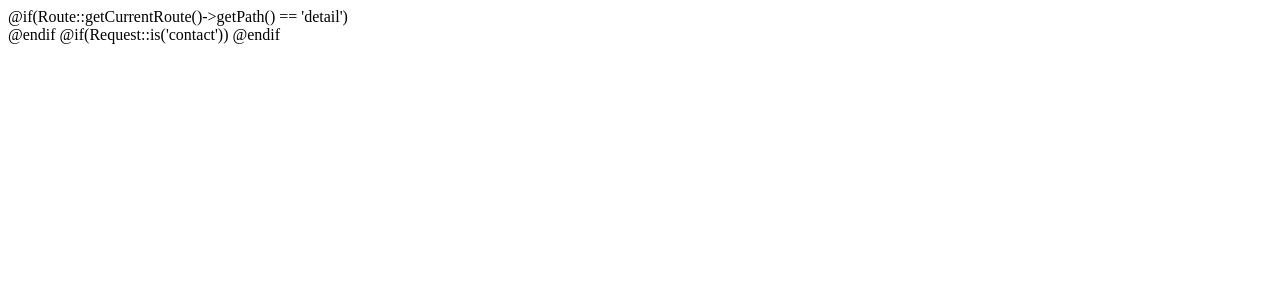
Repository: ultrasad/laravelnew
Page: resources/views/includes/foot.blade.php
An editor plug-in stored every save of this project. The page is shown before and after the next save, followed by the edit.
The browser window is 1280 px wide. The pictures show the whole page.
The page is served by the project's Laravel application, run on PHP 8.4 with Laravel 8.

Above is the page before, as saved 2019-08-23 19:13:19.
Console error: ReferenceError: app_id is not defined

After the next save:
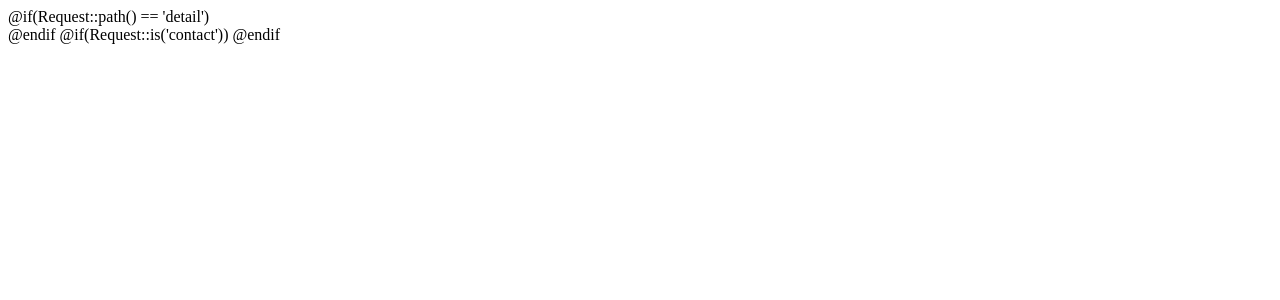
Saved 5 days later.
--- a/resources/views/includes/foot.blade.php
+++ b/resources/views/includes/foot.blade.php
@@ -1,4 +1,4 @@
-@if(Route::getCurrentRoute()->getPath() == 'detail')
+@if(Request::path() == 'detail')
 <div id="fb-root"></div>
 <script>(function(d, s, id) {
   var js, fjs = d.getElementsByTagName(s)[0];
